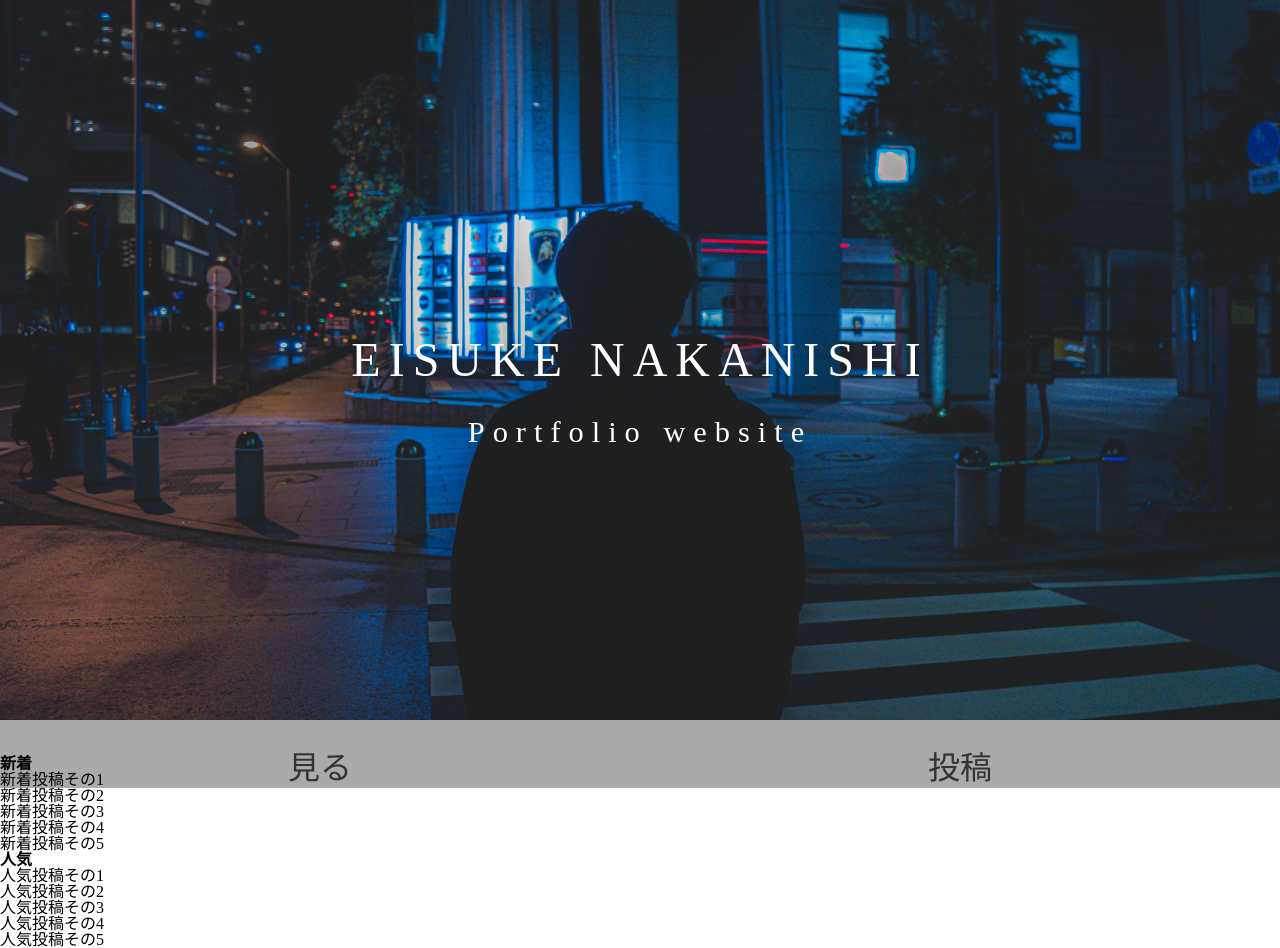
Repository: KustomApe/LandorusInc
Page: index.html
These files come from the project's save history. The page is drawn as it stood at one moment and after the next save; the edit follows.
The browser window is 1280 px wide. The pictures show the whole page.

Above is the page before, as saved 2021-07-24 13:09:25.

After the next save:
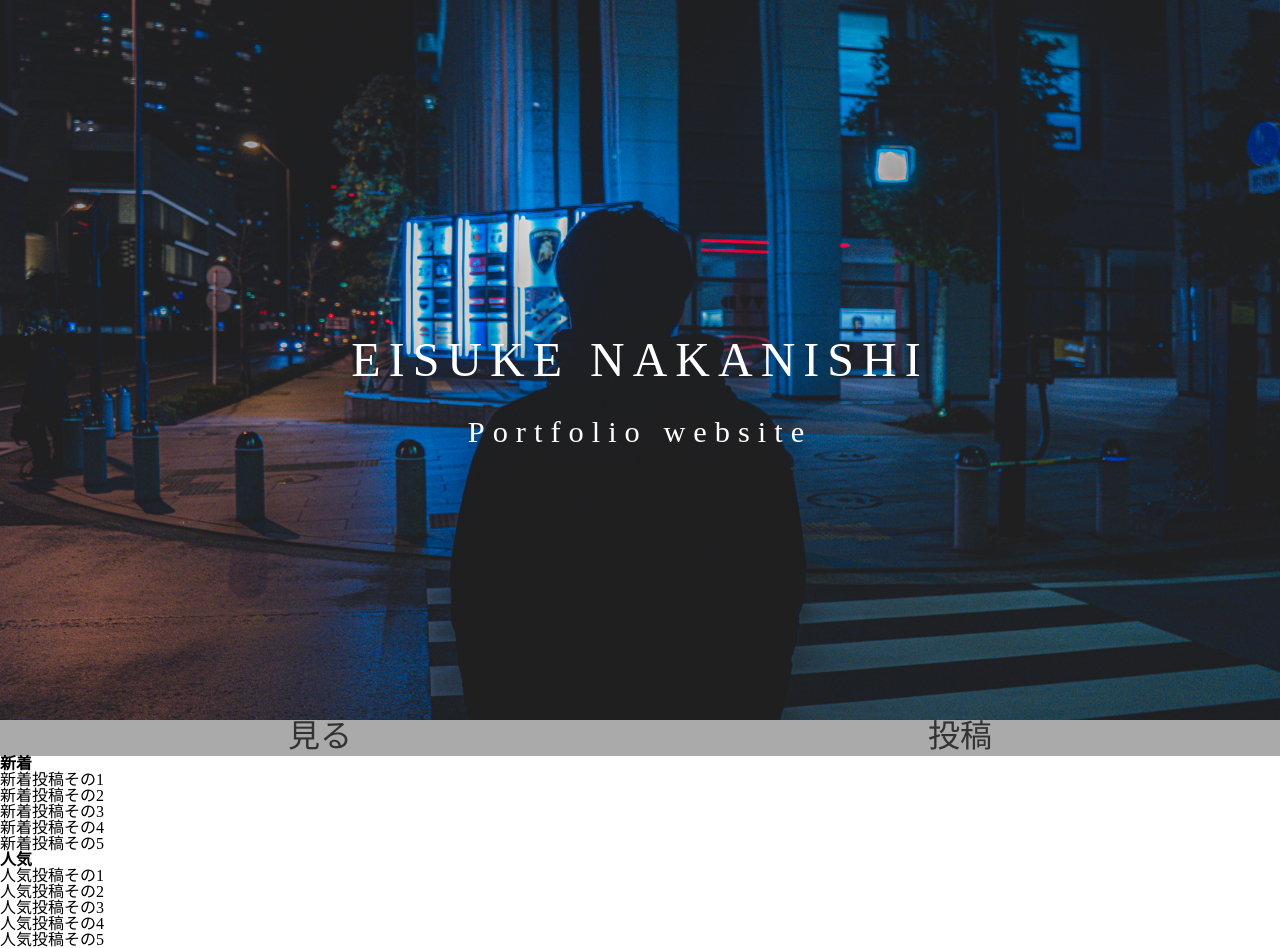
Saved 11 s later.
--- a/assets/css/style.css
+++ b/assets/css/style.css
@@ -57,7 +57,7 @@ div.contents ul#main_btn li {
     display: block;
     width: 100%;
     height: 5vh;
-    margin: 2rem auto;
+    margin: 0 auto;
     font-size: 2rem;
     color: #333;
     text-align: center;
